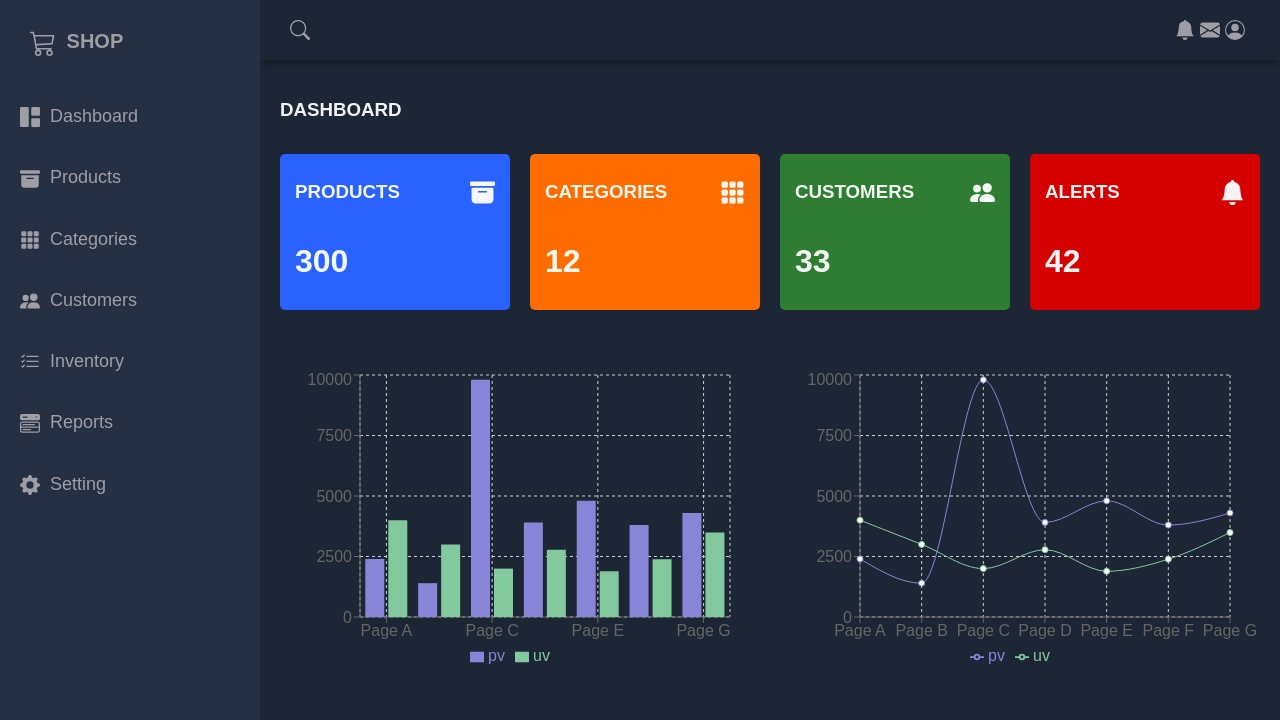
Repository: LukasMoyano/FluviaProject_Dashboard000-AlphVer0.0.1
Page: /
These files come from the project's save history. The page is drawn as it stood at one moment and after the next save; the edit follows.
The browser window is 1280 px wide. The pictures show the whole page.
The project was rebuilt for these pictures with package versions that can differ from the ones it lists, and the page was loaded fresh each time. Also part of the build but not shown: vite.config.js.

Above is the page before, as saved 2024-05-07 08:01:32.

### index.html
<!doctype html>
<html lang="en">
  <head>
    <meta charset="UTF-8" />
    <link rel="icon" type="image/svg+xml" href="/vite.svg" />
    <meta name="viewport" content="width=device-width, initial-scale=1.0" />
    <title>Proyecto-Fluvia-Ver.Alpha0.0.1</title>
  </head>
  <body>
    <div id="root"></div>
    <script type="module" src="/src/main.jsx"></script>
  </body>
</html>

### src/App.css
body {
	margin: 0;
	padding: 0;
	background-color: #1d2634;
	color: #9e9ea4;
	font-family: 'Montserrat', sans-serif;
  }

  .icon {
	vertical-align: middle;
	line-height: 1px;
	font-size: 20px;
  }
  .icon_header {
	vertical-align: middle;
	line-height: 1px;
	font-size: 26px;
  }
  .icon, .icon_header {
	margin-right: 5px;
  }

  .close_icon {
	color: red;
	margin-left: 30px;
	margin-top: 10px;
	cursor: pointer;
  }

  .grid-container {
	display: grid;
	grid-template-columns: 260px 1fr 1fr 1fr;
	grid-template-rows: 0.2fr 3fr;
	grid-template-areas:
	  'sidebar header header header'
	  'sidebar main main main';
	height: 100vh;
  }

  /* Header  */
  .header {
	grid-area: header;
	height: 60px;
	display: flex;
	align-items: center;
	justify-content: space-between;
	padding: 0 30px 0 30px;
	box-shadow: 0 6px 7px -3px rgba(0, 0, 0, 0.35);
  }

  .menu-icon {
	display: none;
  }
  /* End Header  */

  /* Sidebar  */
  #sidebar {
	grid-area: sidebar;
	height: 100%;
	background-color: #263043;
	overflow-y: auto;
	-webkit-transition: all 0.5s;
	transition: all 0.5s;
  }

  .sidebar-title {
	display: flex;
	justify-content: space-between;
	align-items: center;
	padding: 15px 30px 0px 30px;
	margin-bottom: 30px;
  }

  .sidebar-title > span {
	display: none;
  }

  .sidebar-brand {
	margin-top: 15px;
	font-size: 20px;
	font-weight: 700;
  }

  .sidebar-list {
	padding: 0;
	list-style-type: none;
  }

  .sidebar-list-item {
	padding: 20px 20px 20px 20px;
	font-size: 18px;
  }

  .sidebar-list-item:hover {
	background-color: rgba(255, 255, 255, 0.2);
	cursor: pointer;
  }

  .sidebar-list-item > a {
	text-decoration: none;
	color: #9e9ea4;
  }

  .sidebar-responsive {
	display: inline !important;
	position: absolute;
	/*
	  we want the z-index of the sidebar higher so that
	  the charts are not showing over the sidebar
	  on small screens
	*/
	z-index: 12 !important;
  }

  /* End Sidebar  */


  /* Main  */
  .main-container {
	grid-area: main;
	overflow-y: auto;
	padding: 20px 20px;
	color: rgba(255, 255, 255, 0.95);
  }

  .main-title {
	display: flex;
	justify-content: space-between;
  }

  .main-cards {
	display: grid;
	grid-template-columns: 1fr 1fr 1fr 1fr;
	gap: 20px;
	margin: 15px 0;
  }

  .card {
	display: flex;
	flex-direction: column;
	justify-content: space-around;
	padding: 8px 15px;
	border-radius: 5px;
  }

  .card:first-child {
	background-color: #2962ff;
  }

  .card:nth-child(2) {
	background-color: #ff6d00;
  }

  .card:nth-child(3) {
	background-color: #2e7d32;
  }

  .card:nth-child(4) {
	background-color: #d50000;
  }

  .card-inner {
	display: flex;
	align-items: center;
	justify-content: space-between;
  }

  .card-inner > .card_icon {
	font-size: 25px;
  }

  .charts {
	display: grid;
	grid-template-columns: 1fr 1fr;
	gap: 20px;
	margin-top: 60px;
	height: 300px;
  }

  /* End Main  */


  /* Medium <= 992px */

  @media screen and (max-width: 992px) {
	.grid-container {
	  grid-template-columns: 1fr;
	  grid-template-rows: 0.2fr 3fr;
	  grid-template-areas:
		'header'
		'main';
	}

	#sidebar {
	  display: none;
	}

	.menu-icon {
	  display: inline;
	}

	.sidebar-title > span {
	  display: inline;
	}
  }
  /* Small <= 768px */

  @media screen and (max-width: 768px) {
	.main-cards {
	  grid-template-columns: 1fr;
	  gap: 10px;
	  margin-bottom: 0;
	}

	.charts {
	  grid-template-columns: 1fr;
	  margin-top: 30px;
	}
  }

  /* Extra Small <= 576px */

  @media screen and (max-width: 576px) {
	.hedaer-left {
	  display: none;
	}
  }

### src/Header.jsx
import
 {BsFillBellFill, BsFillEnvelopeFill, BsPersonCircle, BsSearch, BsJustify}
 from 'react-icons/bs'

function Header({OpenSidebar}) {
  return (
    <header className='header'>
        <div className='menu-icon'>
            <BsJustify className='icon' onClick={OpenSidebar}/>
        </div>
        <div className='header-left'>
            <BsSearch  className='icon'/>
        </div>
        <div className='header-right'>
            <BsFillBellFill className='icon'/>
            <BsFillEnvelopeFill className='icon'/>
            <BsPersonCircle className='icon'/>
        </div>
    </header>
  )
}

export default Header

### src/Sidebar.jsx
import React from "react";
import {
  BsCart3,
  BsGrid1X2Fill,
  BsFillArchiveFill,
  BsFillGrid3X3GapFill,
  BsPeopleFill,
  BsListCheck,
  BsMenuButtonWideFill,
  BsFillGearFill,
} from "react-icons/bs";
function Sidebar({ openSidebarToggle, OpenSidebar }) {
  return (
    <aside
      id="sidebar"
      className={openSidebarToggle ? "sidebar-responsive" : ""}
    >
      <div className="sidebar-title">
        <div className="sidebar-brand">
          <BsCart3 className="icon_header" /> SHOP
        </div>
        <span className="icon close_icon" onClick={OpenSidebar}>
          X
        </span>
      </div>

      <ul className="sidebar-list">
        <li className="sidebar-list-item">
          <a href="">
            <BsGrid1X2Fill className="icon" /> Dashboard
          </a>
        </li>
        <li className="sidebar-list-item">
          <a href="">
            <BsFillArchiveFill className="icon" /> Products
          </a>
        </li>
        <li className="sidebar-list-item">
          <a href="">
            <BsFillGrid3X3GapFill className="icon" /> Categories
          </a>
        </li>
        <li className="sidebar-list-item">
          <a href="">
            <BsPeopleFill className="icon" /> Customers
          </a>
        </li>
        <li className="sidebar-list-item">
          <a href="">
            <BsListCheck className="icon" /> Inventory
          </a>
        </li>
        <li className="sidebar-list-item">
          <a href="">
            <BsMenuButtonWideFill className="icon" /> Reports
          </a>
        </li>
        <li className="sidebar-list-item">
          <a href="">
            <BsFillGearFill className="icon" /> Setting
          </a>
        </li>
      </ul>
    </aside>
  );
}

export default Sidebar;

### src/Home.jsx
import React from 'react'
import
{ BsFillArchiveFill, BsFillGrid3X3GapFill, BsPeopleFill, BsFillBellFill}
 from 'react-icons/bs'
 import
 { BarChart, Bar, Cell, XAxis, YAxis, CartesianGrid, Tooltip, Legend, ResponsiveContainer, LineChart, Line }
 from 'recharts';

function Home() {

    const data = [
        {
          name: 'Page A',
          uv: 4000,
          pv: 2400,
          amt: 2400,
        },
        {
          name: 'Page B',
          uv: 3000,
          pv: 1398,
          amt: 2210,
        },
        {
          name: 'Page C',
          uv: 2000,
          pv: 9800,
          amt: 2290,
        },
        {
          name: 'Page D',
          uv: 2780,
          pv: 3908,
          amt: 2000,
        },
        {
          name: 'Page E',
          uv: 1890,
          pv: 4800,
          amt: 2181,
        },
        {
          name: 'Page F',
          uv: 2390,
          pv: 3800,
          amt: 2500,
        },
        {
          name: 'Page G',
          uv: 3490,
          pv: 4300,
          amt: 2100,
        },
      ];


  return (
    <main className='main-container'>
        <div className='main-title'>
            <h3>DASHBOARD</h3>
        </div>

        <div className='main-cards'>
            <div className='card'>
                <div className='card-inner'>
                    <h3>PRODUCTS</h3>
                    <BsFillArchiveFill className='card_icon'/>
                </div>
                <h1>300</h1>
            </div>
            <div className='card'>
                <div className='card-inner'>
                    <h3>CATEGORIES</h3>
                    <BsFillGrid3X3GapFill className='card_icon'/>
                </div>
                <h1>12</h1>
            </div>
            <div className='card'>
                <div className='card-inner'>
                    <h3>CUSTOMERS</h3>
                    <BsPeopleFill className='card_icon'/>
                </div>
                <h1>33</h1>
            </div>
            <div className='card'>
                <div className='card-inner'>
                    <h3>ALERTS</h3>
                    <BsFillBellFill className='card_icon'/>
                </div>
                <h1>42</h1>
            </div>
        </div>

        <div className='charts'>
            <ResponsiveContainer width="100%" height="100%">
            <BarChart
            width={500}
            height={300}
            data={data}
            margin={{
                top: 5,
                right: 30,
                left: 20,
                bottom: 5,
            }}
            >
                <CartesianGrid strokeDasharray="3 3" />
                <XAxis dataKey="name" />
                <YAxis />
                <Tooltip />
                <Legend />
                <Bar dataKey="pv" fill="#8884d8" />
                <Bar dataKey="uv" fill="#82ca9d" />
                </BarChart>
            </ResponsiveContainer>

            <ResponsiveContainer width="100%" height="100%">
                <LineChart
                width={500}
                height={300}
                data={data}
                margin={{
                    top: 5,
                    right: 30,
                    left: 20,
                    bottom: 5,
                }}
                >
                <CartesianGrid strokeDasharray="3 3" />
                <XAxis dataKey="name" />
                <YAxis />
                <Tooltip />
                <Legend />
                <Line type="monotone" dataKey="pv" stroke="#8884d8" activeDot={{ r: 8 }} />
                <Line type="monotone" dataKey="uv" stroke="#82ca9d" />
                </LineChart>
            </ResponsiveContainer>

        </div>
    </main>
  )
}

export default Home

Loaded but not shown: src/main.jsx (common file); src/App.jsx (common file)

After the next save:
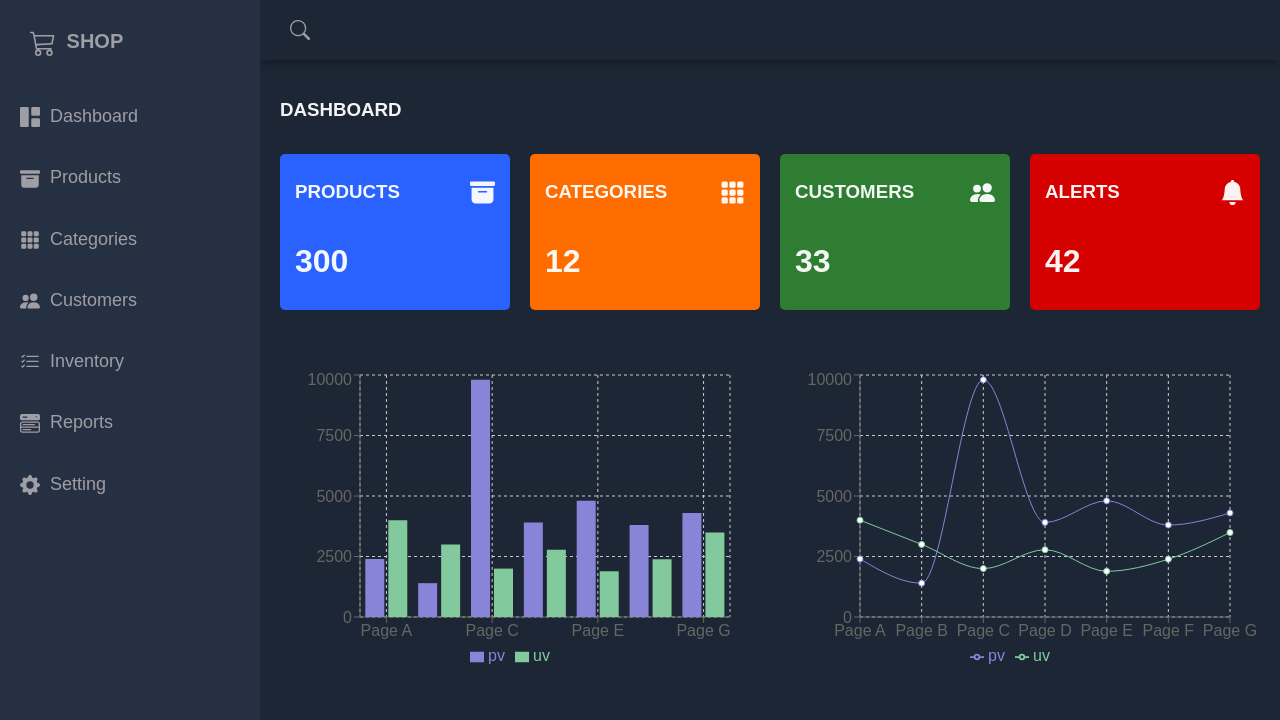
Saved 22 min 30 s later.
--- a/src/Header.jsx
+++ b/src/Header.jsx
@@ -1,3 +1,4 @@
+import React from 'react'
 import
  {BsFillBellFill, BsFillEnvelopeFill, BsPersonCircle, BsSearch, BsJustify}
  from 'react-icons/bs'
@@ -11,11 +12,7 @@ function Header({OpenSidebar}) {
         <div className='header-left'>
             <BsSearch  className='icon'/>
         </div>
-        <div className='header-right'>
-            <BsFillBellFill className='icon'/>
-            <BsFillEnvelopeFill className='icon'/>
-            <BsPersonCircle className='icon'/>
-        </div>
+
     </header>
   )
 }
